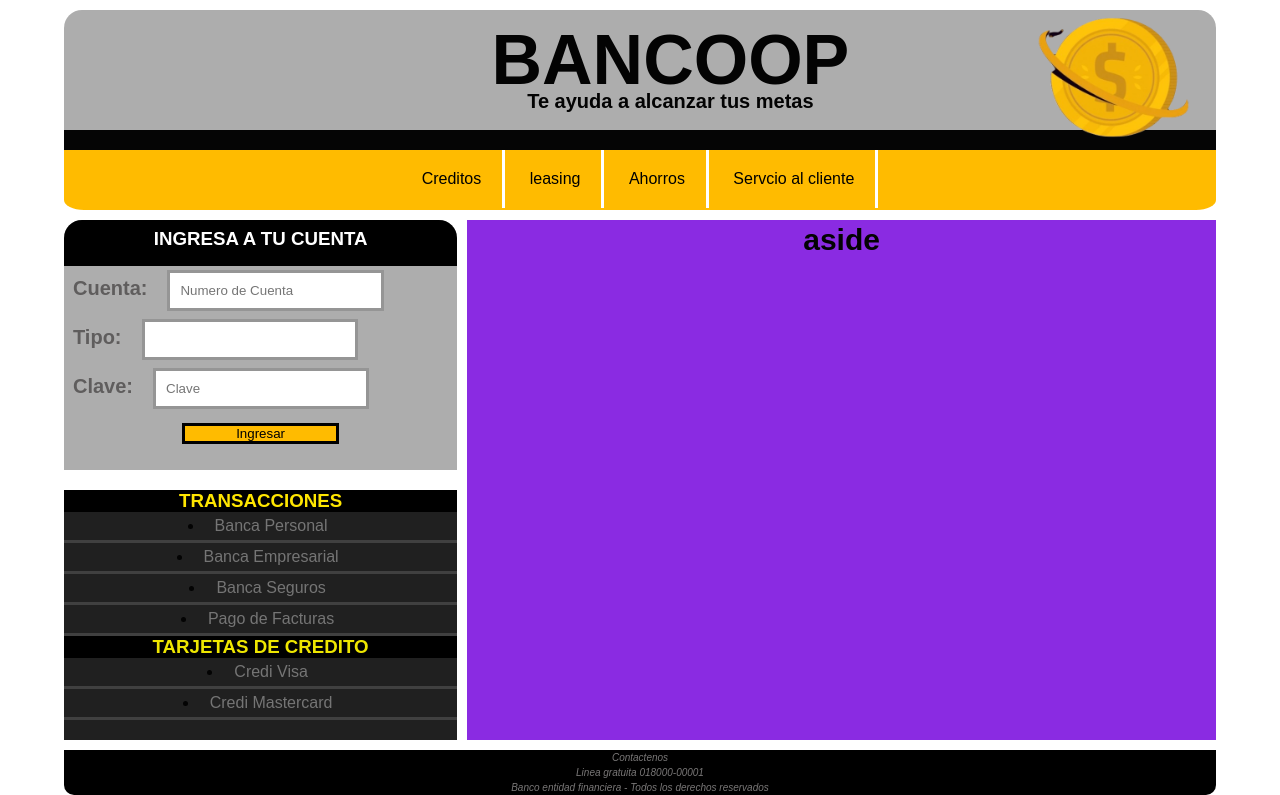
Repository: NickArregoces/BANCOOP
Page: Index.html
The author's editor kept a copy of each file at every save. The page is drawn from the files as they stood at one save, then again after the next save.
The browser window is 1280 px wide. The pictures show the whole page.

Above is the page before, as saved 2021-09-30 14:19:55.

After the next save:
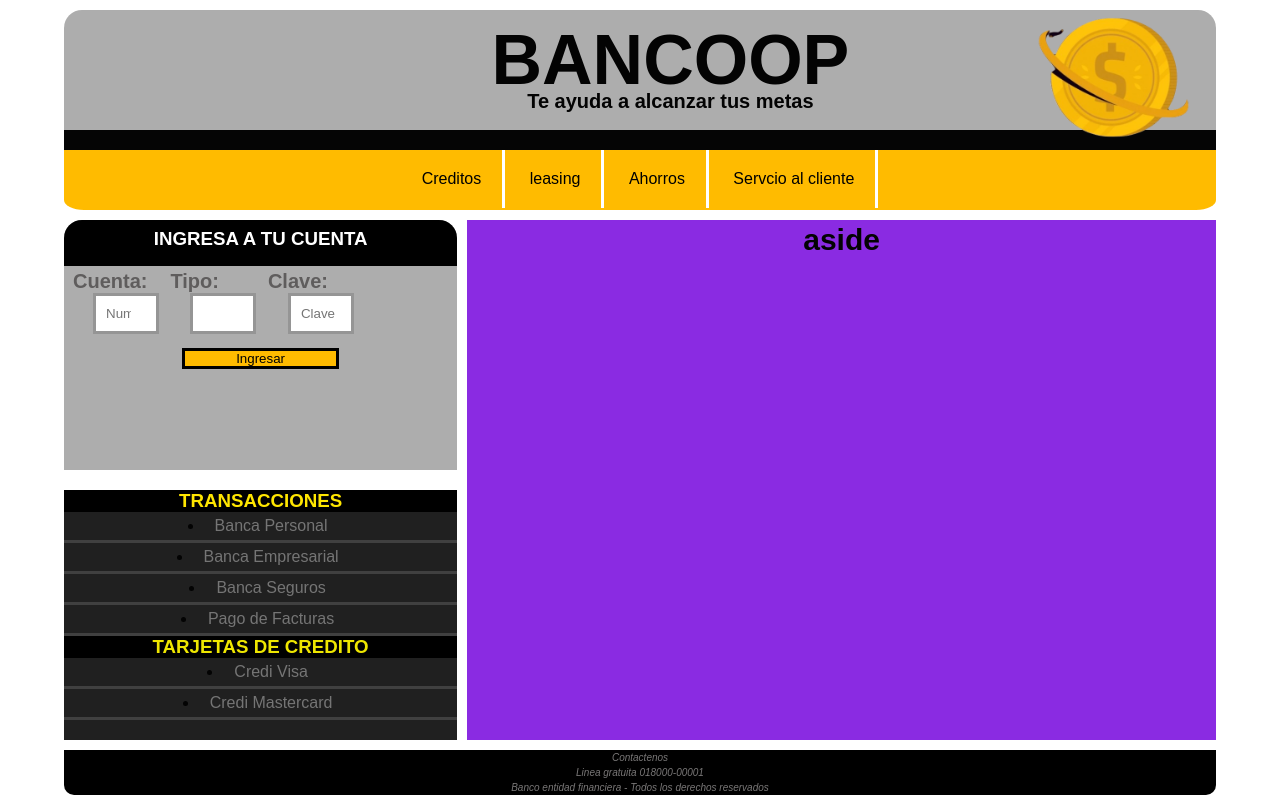
Saved 85 s later.
--- a/CSS/Style.css
+++ b/CSS/Style.css
@@ -97,6 +97,8 @@ div.navegador{
             padding: 4px;
             margin-left: 5px;
             color: rgb(95, 93, 93);
+            display: inline-block;
+            width: 80px;
         }
         form input{
             width: 50%;
